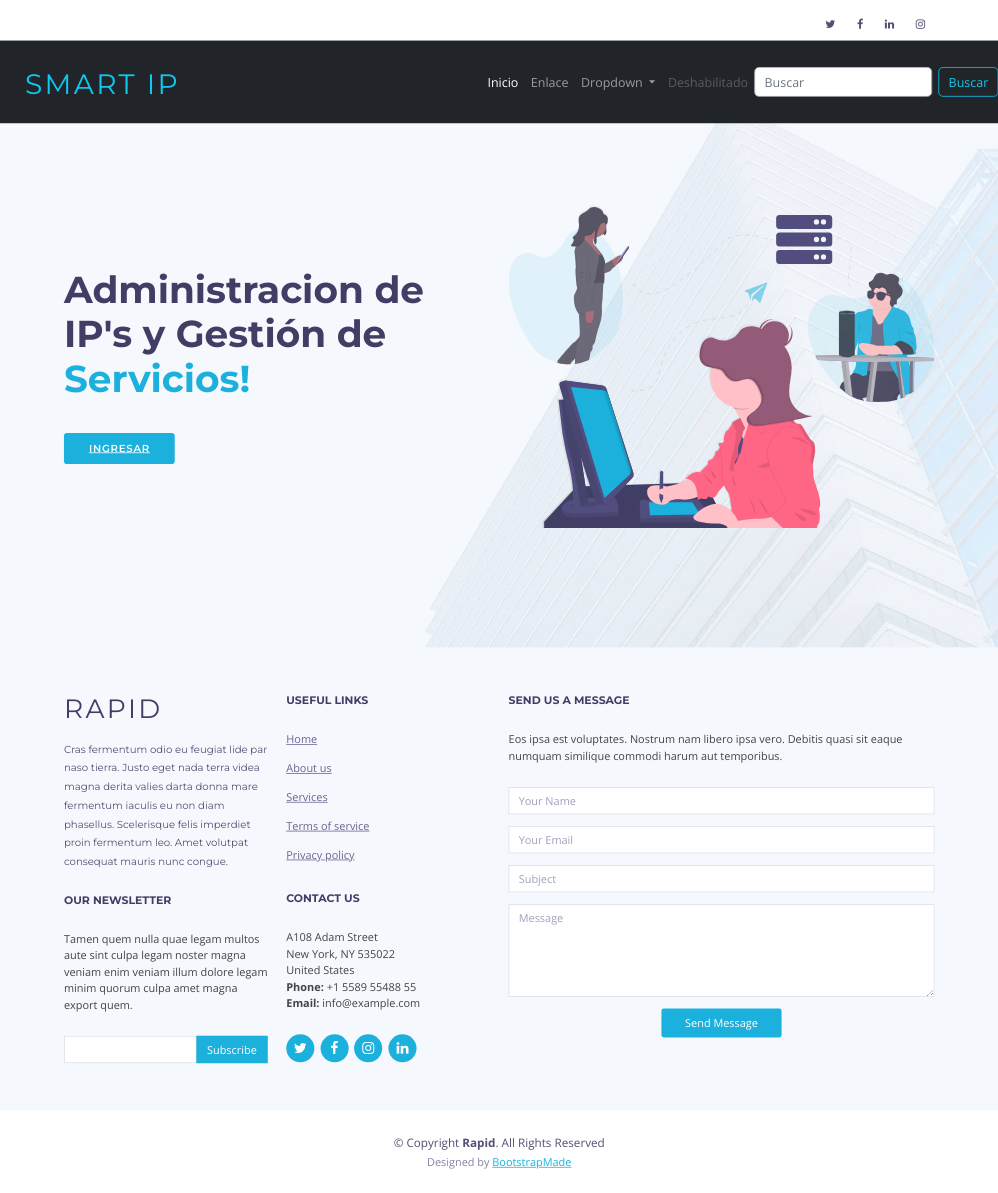
Repository: AlejandroJesusSerrano/SmartIPs
Page: http://localhost/smartipnav/index
An editor plug-in stored every save of this project. The page is shown before and after the next save, followed by the edit.
The browser window is 1280 px wide. The pictures show the whole page, at 78% of full size.
The page is served by the project's application, run on Django 4.2 (smartip/manage.py).

Above is the page before, as saved 2022-11-11 13:16:30.

After the next save:
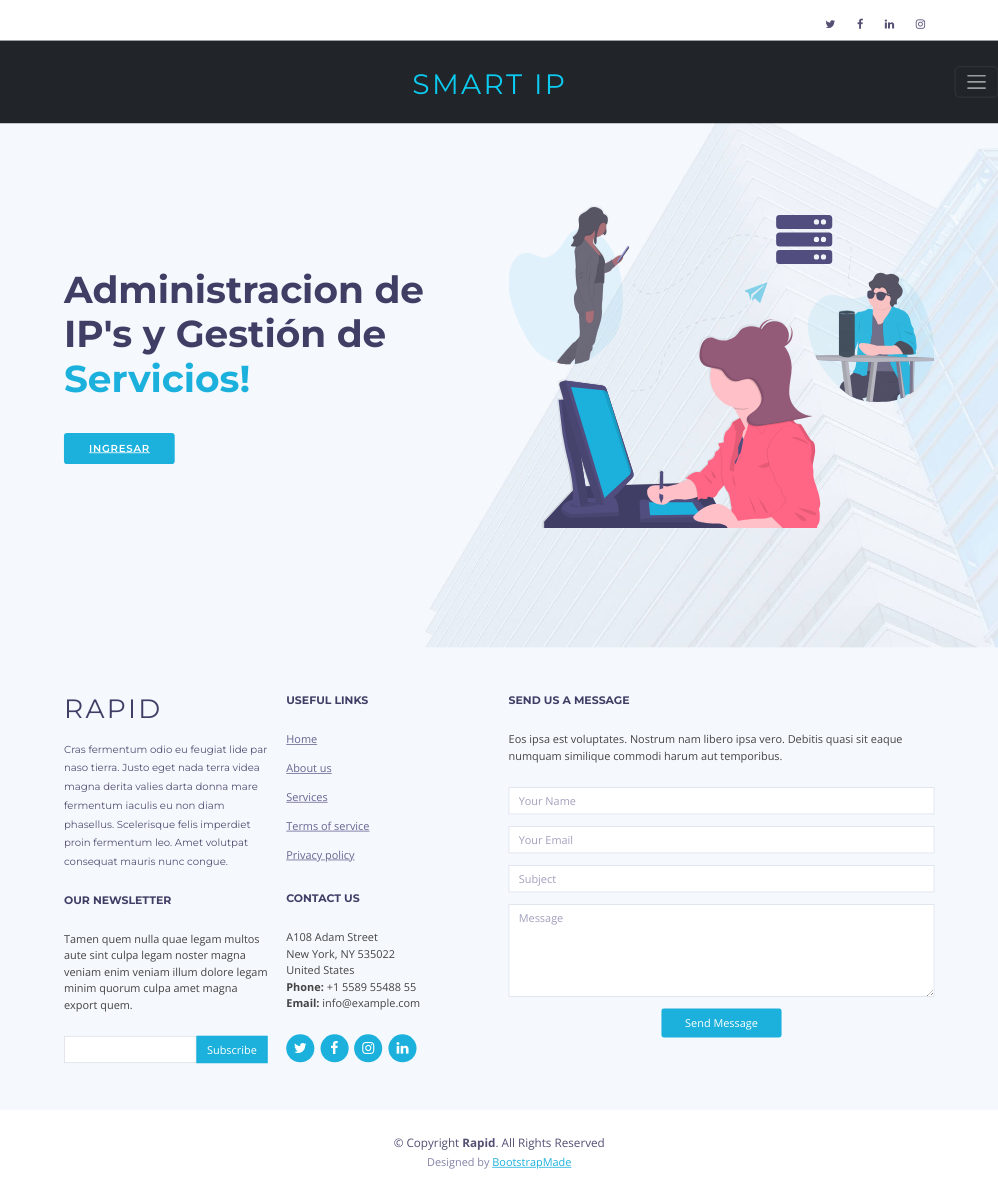
Saved 57 s later.
--- a/smartip/smartipnav/templates/smartipnav/base.html
+++ b/smartip/smartipnav/templates/smartipnav/base.html
@@ -54,7 +54,7 @@
       </div>
     </div>
 
-    <nav class="navbar navbar-expand-lg navbar-dark bg-dark">
+    <nav class="navbar navbar navbar-dark bg-dark">
       <a class="navbar-brand" href="index">
         <div class="logo mb-4">
           <!-- Uncomment below if you prefer to use an image logo -->

After the save that followed:
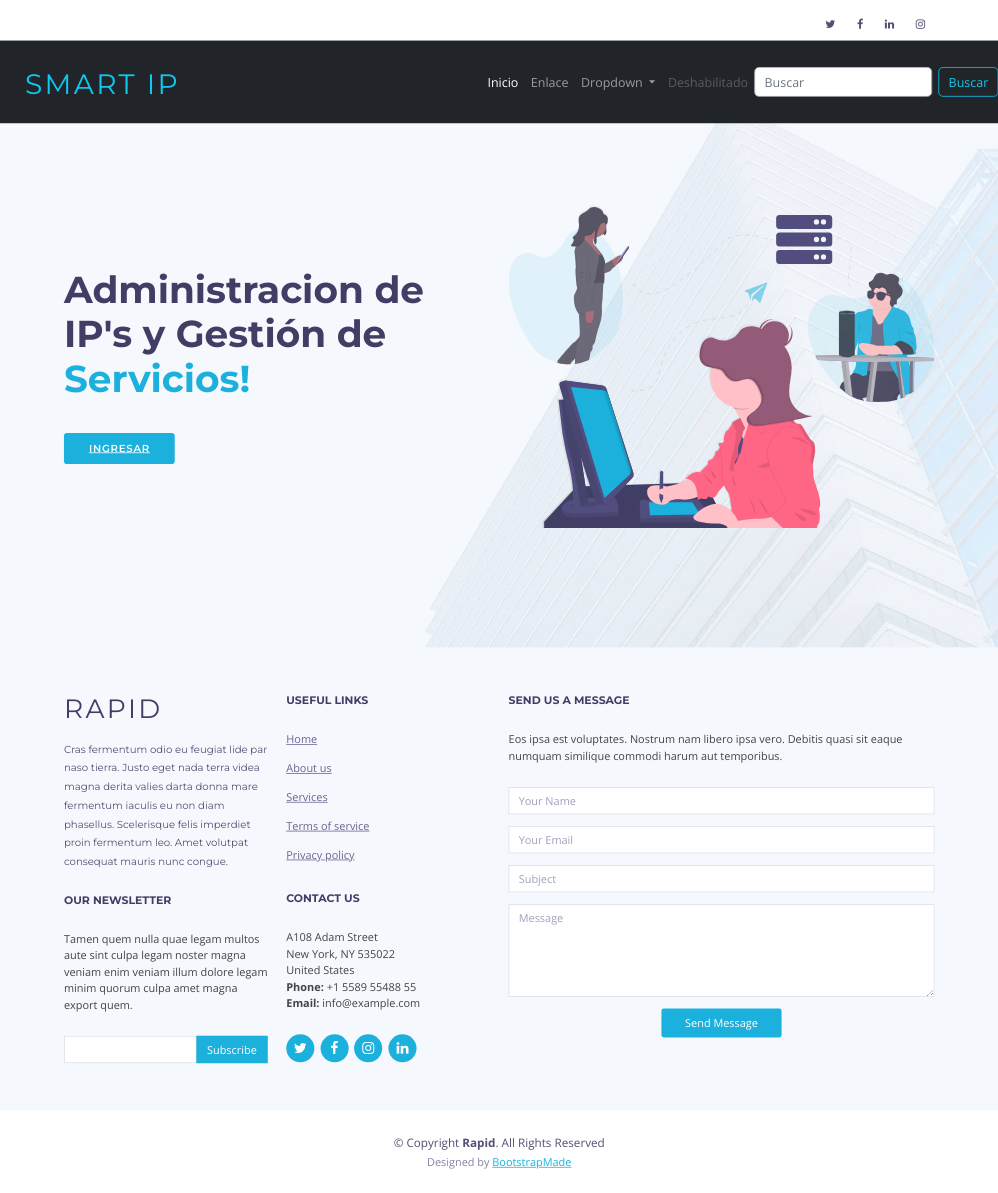
Saved 11 s later.
--- a/smartip/smartipnav/templates/smartipnav/base.html
+++ b/smartip/smartipnav/templates/smartipnav/base.html
@@ -54,7 +54,7 @@
       </div>
     </div>
 
-    <nav class="navbar navbar navbar-dark bg-dark">
+    <nav class="navbar navbar-expand-lg navbar-dark bg-dark">
       <a class="navbar-brand" href="index">
         <div class="logo mb-4">
           <!-- Uncomment below if you prefer to use an image logo -->
